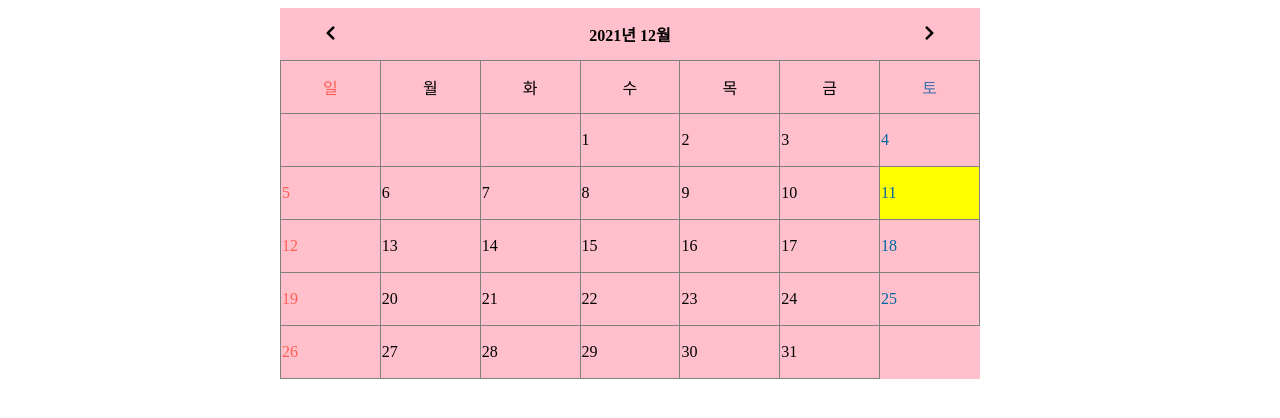
Repository: shin-sj/Checkkeu
Page: http://localhost/test2/WEB-INF/user/calendar.jsp
These files come from the project's save history. The page is drawn as it stood at one moment and after a run of saves; the edit follows.
The browser window is 1280 px wide. The pictures show the whole page.
Some web libraries are served in a nearby version. The page is served by Tomcat 9. Nobody is signed in. The template is opened directly, without the code that normally fills it, so the values that code supplies are empty.

Above is the page before, as saved 2021-12-15 16:06:16.

After the next 2 saves:
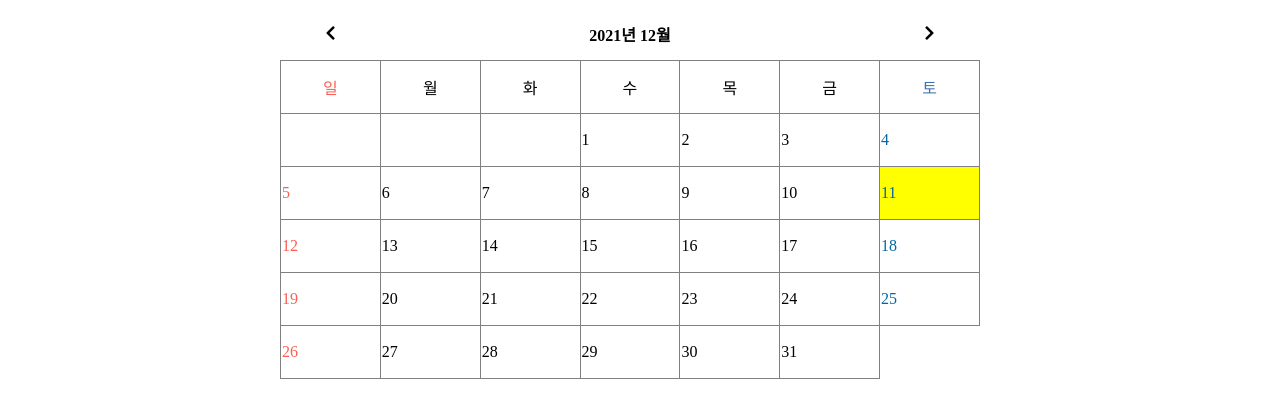
The 2 saves are shown as one change because they came seconds apart.
The last was saved 23 s later.
--- a/test2/src/main/webapp/WEB-INF/user/calendar.jsp
+++ b/test2/src/main/webapp/WEB-INF/user/calendar.jsp
@@ -36,7 +36,6 @@
 		border-collapse : collapse;
 
 		margin-right: 20px;
-		background-color: pink;
 
 	}
 	td{
